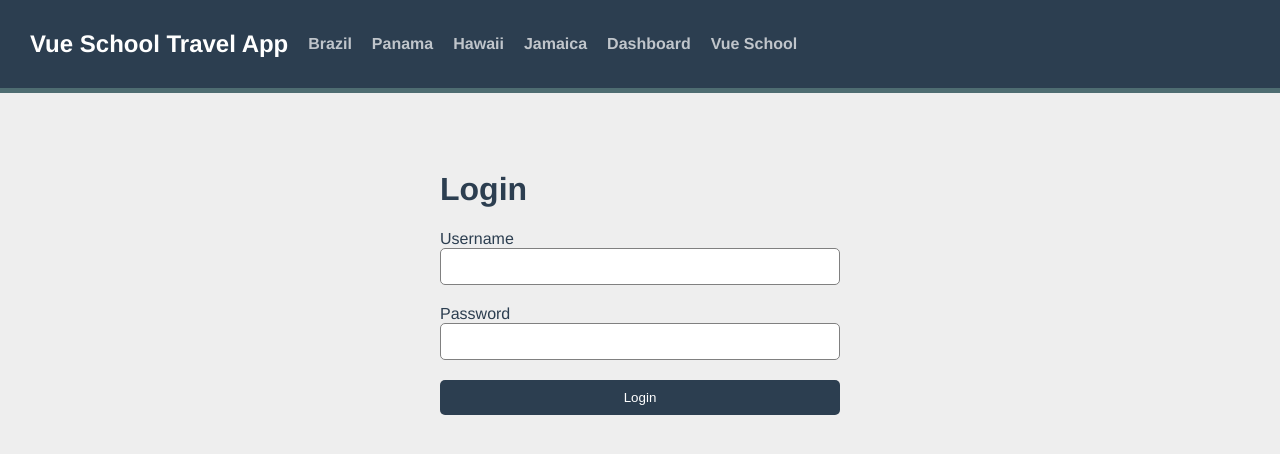
Repository: kyj2034/vue-school-travel-app
Page: /invoices
These files come from the project's save history. The page is drawn as it stood at one moment and after the next save; the edit follows.
The browser window is 1280 px wide. The pictures show the whole page.
The project was rebuilt for these pictures with package versions that can differ from the ones it lists, and the page was loaded fresh each time. Also part of the build but not shown: vite.config.js, src/views/Home.vue.

Above is the page before, as saved 2022-09-02 14:20:12.

After the next save:
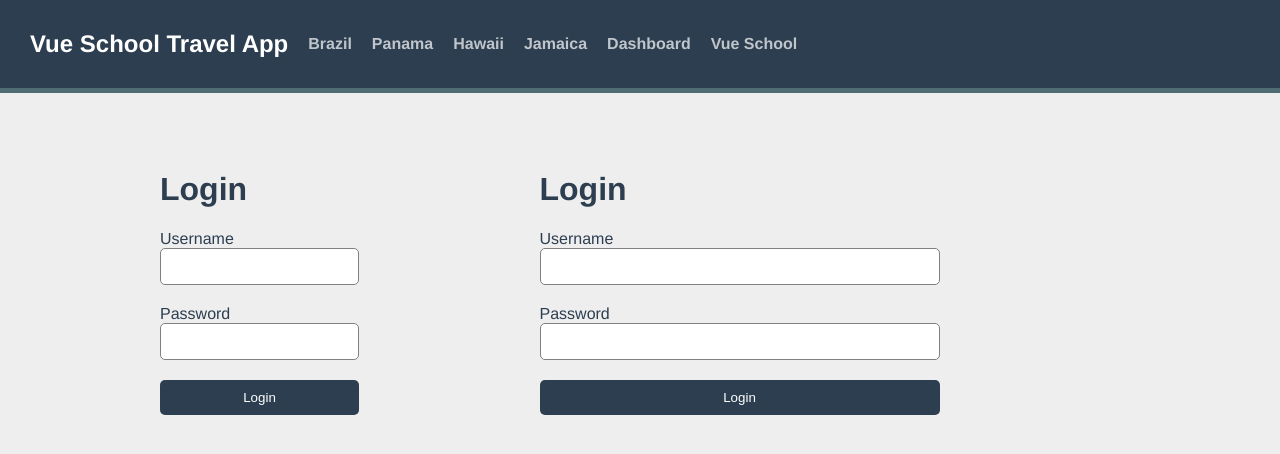
Saved 3 min 6 s later.
--- a/src/App.vue
+++ b/src/App.vue
@@ -1,8 +1,13 @@
 <template>
   <TheNavigation/>
   <div class="container">
-    <router-view class="view left-sidebar" name="LeftSidebar"></router-view>
-      <router-view v-slot="{Component}" class="main-view">
+    <router-view c></router-view>
+    <router-view class="view left-sidebar" name="LeftSidebar">
+        <transition name="fade" mode="out-in">
+          <component :is="Component" :key="$route.path"></component>
+        </transition>
+      </router-view>
+    <router-view v-slot="{Component}" class="main-view">
         <transition name="fade" mode="out-in">
           <component :is="Component" :key="$route.path"></component>
         </transition>

After the save that followed:
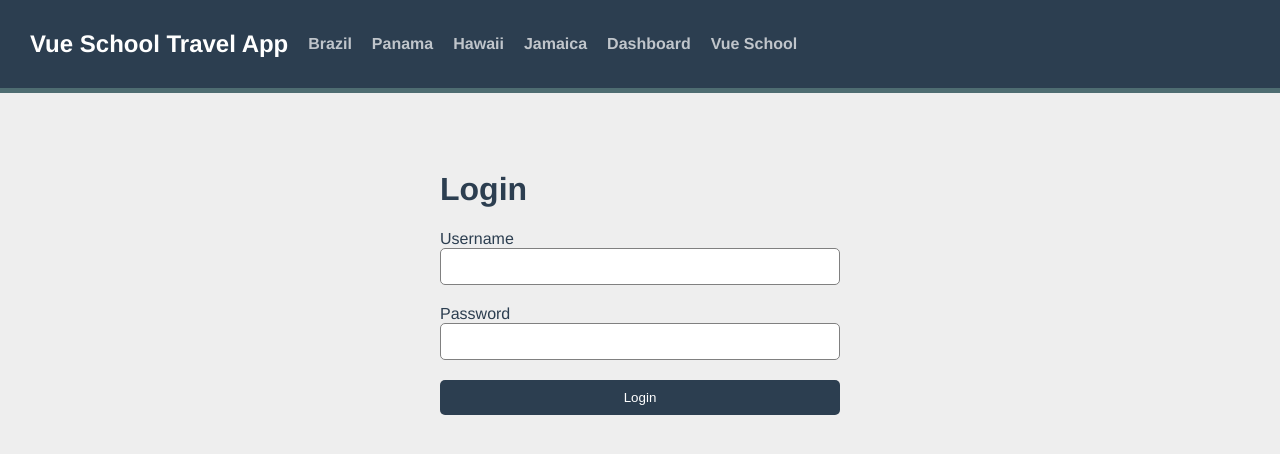
Saved 5 s later.
--- a/src/App.vue
+++ b/src/App.vue
@@ -1,7 +1,6 @@
 <template>
   <TheNavigation/>
   <div class="container">
-    <router-view c></router-view>
     <router-view class="view left-sidebar" name="LeftSidebar">
         <transition name="fade" mode="out-in">
           <component :is="Component" :key="$route.path"></component>
